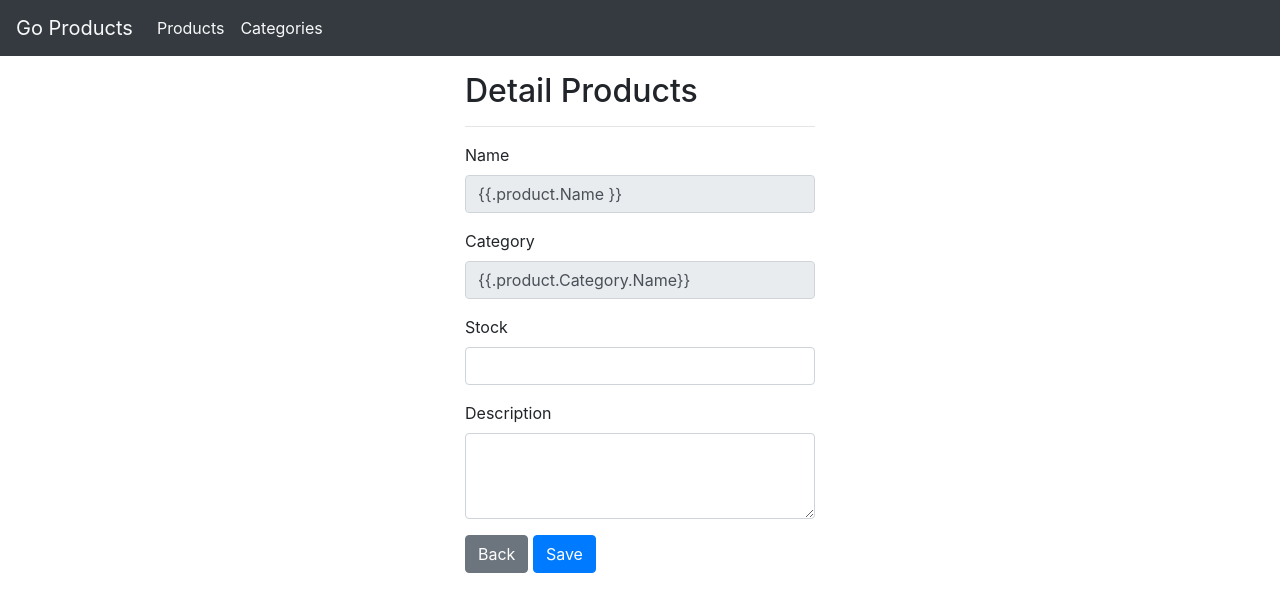
Repository: Nouthemoran/go-web-native-crud
Page: views/product/detail.html
An editor plug-in stored every save of this project. The page is shown before and after a run of saves, followed by the edit.
The browser window is 1280 px wide. The pictures show the whole page.

Above is the page before, as saved 2023-10-11 11:41:21.

After the next 3 saves:
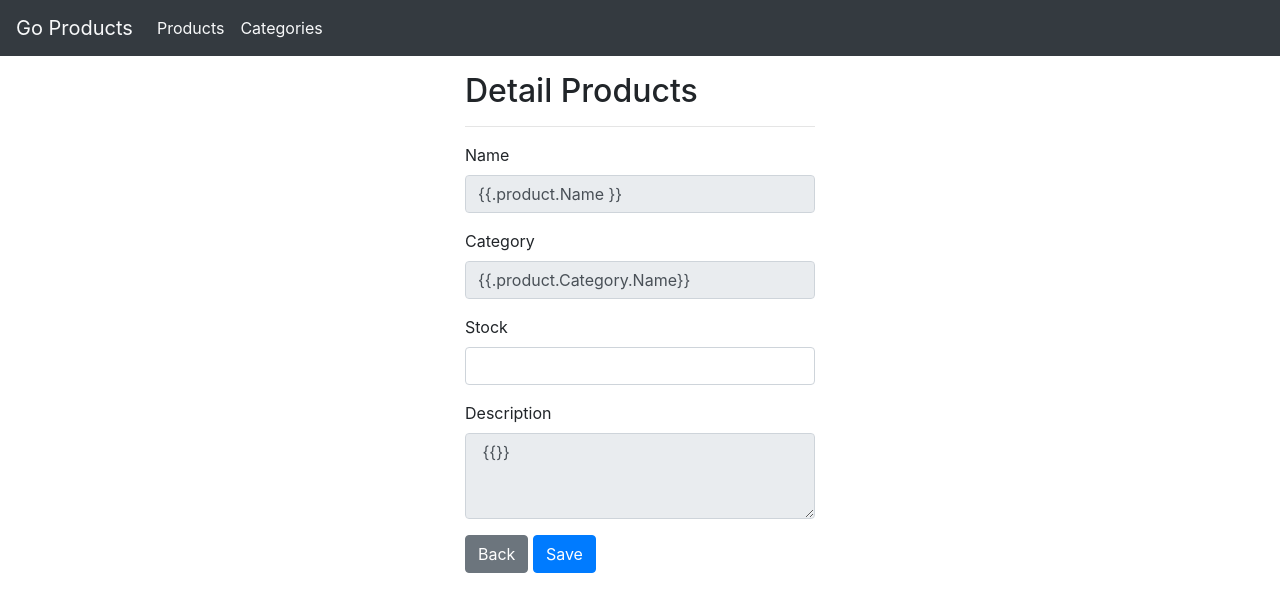
The 3 saves are shown as one change because they came seconds apart.
The last was saved 33 s later.
--- a/views/product/detail.html
+++ b/views/product/detail.html
@@ -50,7 +50,7 @@
                     </div>
                     <div class="form-group">
                         <label>Description</label>
-                        <textarea class="form-control" name="description" rows="3"></textarea>
+                        <textarea class="form-control" name="description" rows="3"disabled> {{}}</textarea>
                       </div>
                       <div class="float-end">
                         <a href="/products" class="btn btn-secondary">Back</a>
